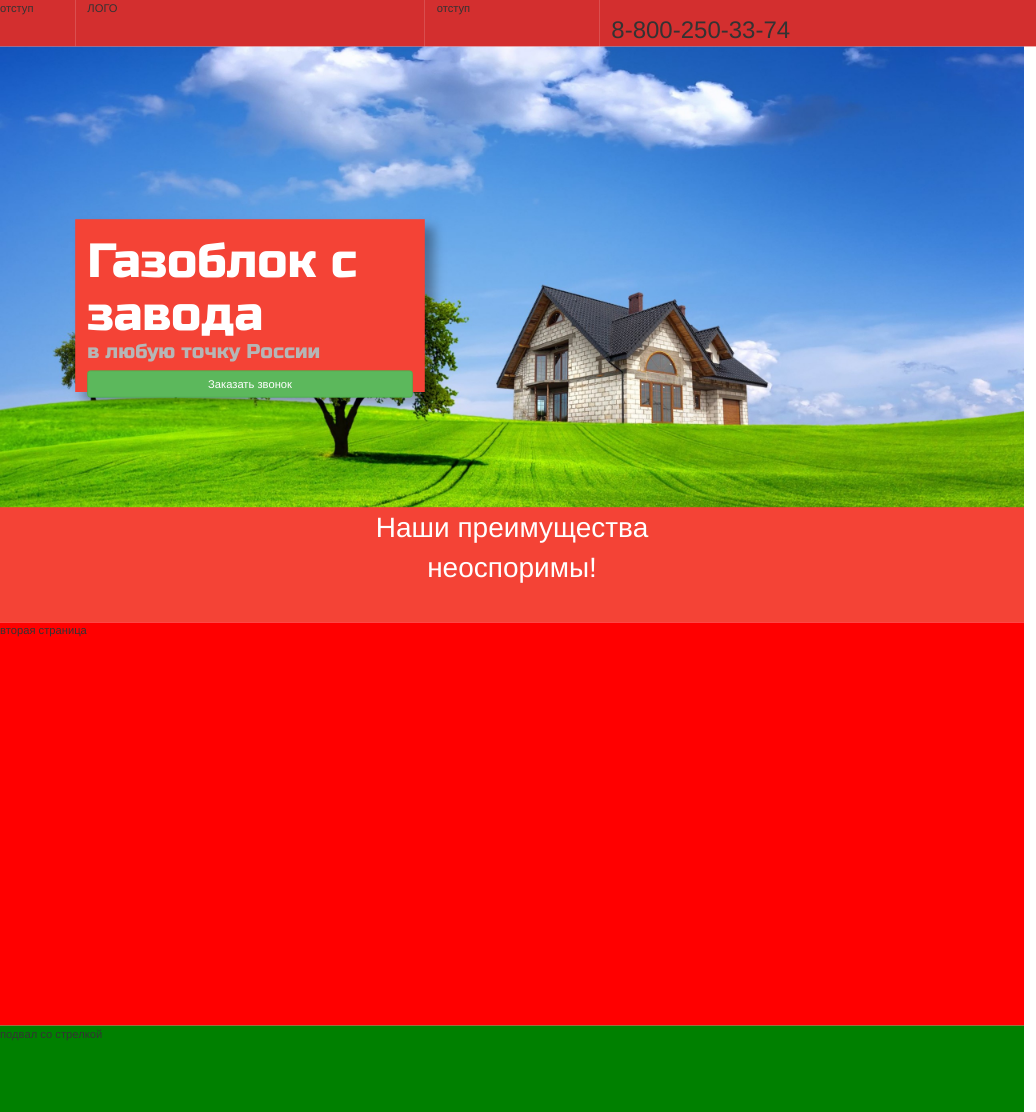
Repository: greenwtch/block
Page: index.html
The author's editor kept a record of every edit. The page is drawn from the files as they stood at one moment, then again after the next edit.
The browser window is 1280 px wide. The page is 1295 px wide, so the pictures cover 1295 px, including what lies to the right of the window. The pictures show the whole page, at 80% of full size.
Some web libraries are served in a nearby version.

Above is the page before.

After the next edit:
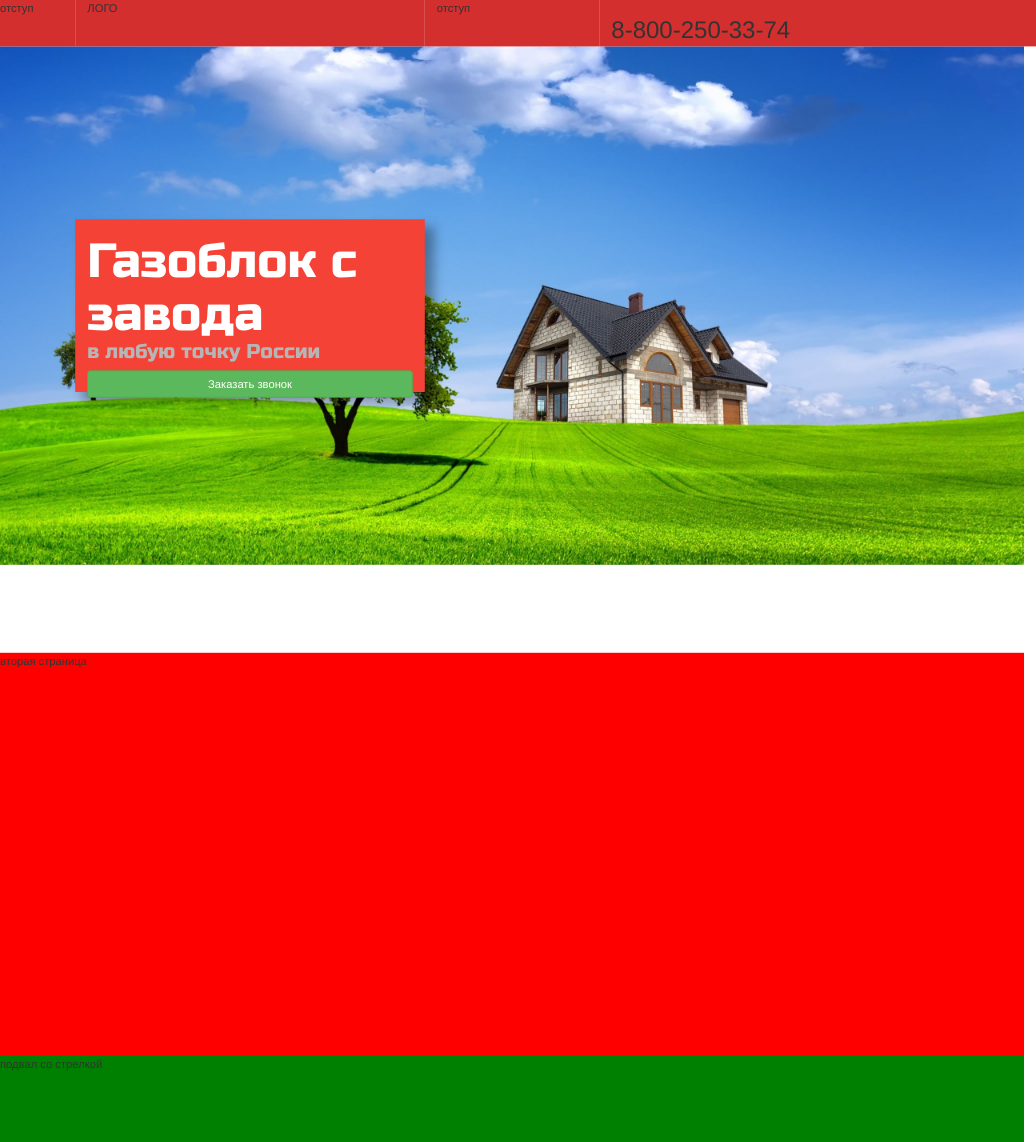
The edit:
--- a/index.html
+++ b/index.html
@@ -52,7 +52,7 @@
         </div>
     </div>
 
-    <div class="container-fluiid body1footer">
+    <div class="container-fluiid">
         <div class="row">
                 <div class="col-lg-4 col-lg-offset-4">
                    <p id="footerText">Наши преимущества неоспоримы!</p>
